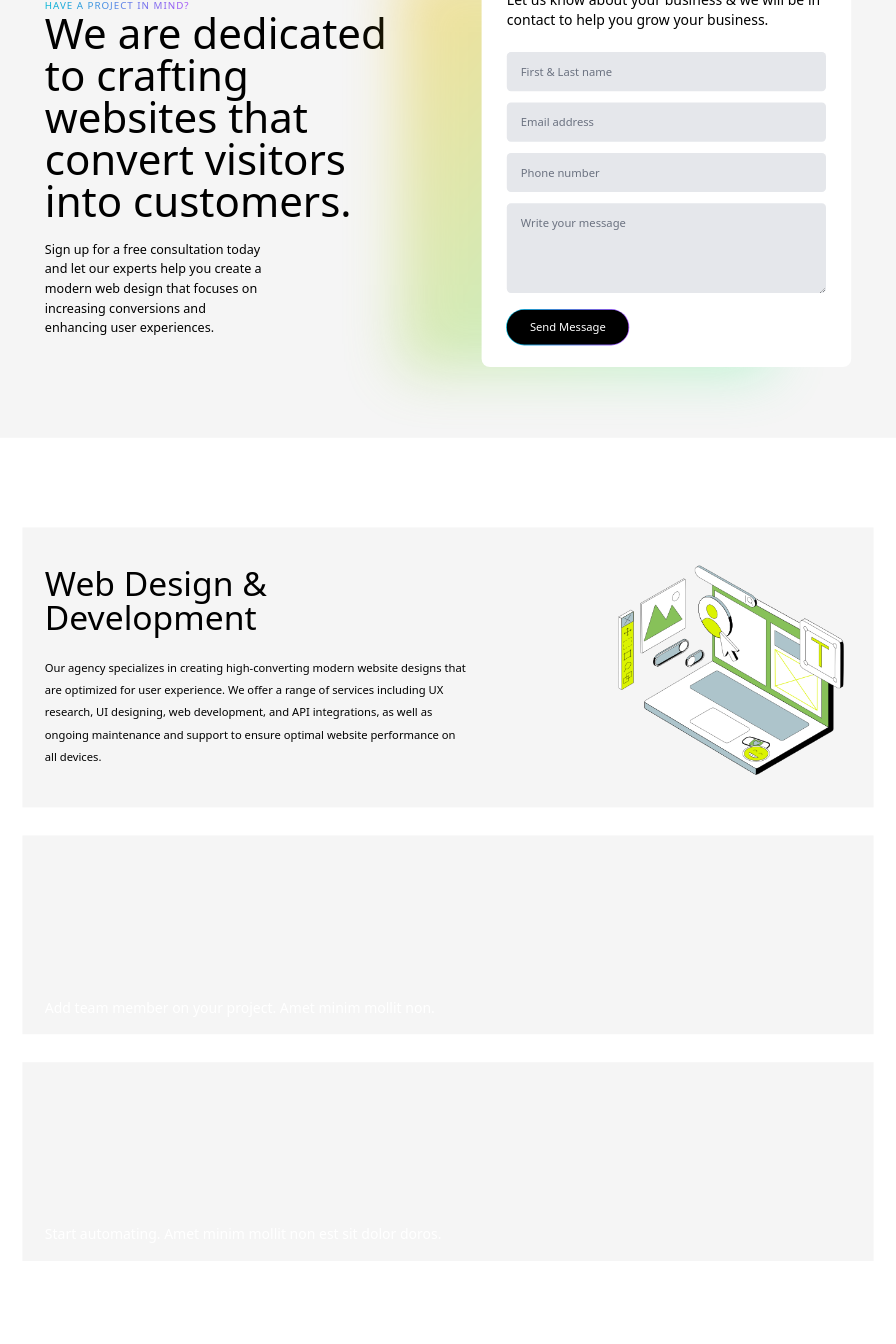
Repository: ornelasedward/mired_website
Page: /
These files come from the project's save history. The page is drawn as it stood at one moment and after the next save; the edit follows.
The browser window is 1280 px wide. The pictures show the part of the page from y = 1408 to 3328 px (the page is 3338 px tall before and 3344 px after), at 70% of full size.
The project was rebuilt for these pictures with package versions that can differ from the ones it lists, and the page was loaded fresh each time. The framework's server and built-in components were replaced by stand-ins that run in the browser. Also part of the build but not shown: next.config.js.

Above is the page before, as saved 2023-03-28 20:10:59.

After the next save:
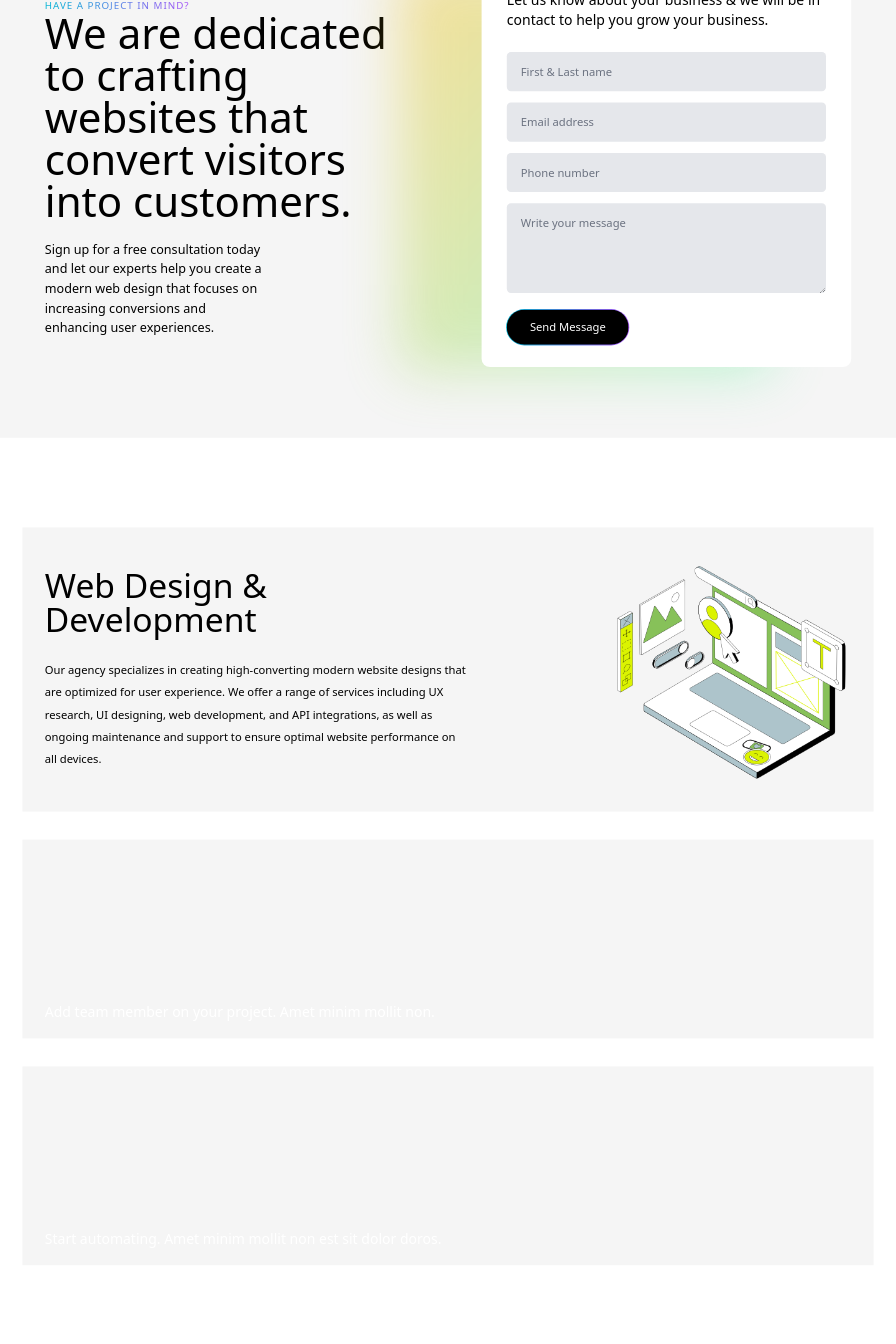
Saved 14 s later.
--- a/components/Services.tsx
+++ b/components/Services.tsx
@@ -28,8 +28,8 @@
                   className="m-auto"
                   src={Laptop}
                   alt=""
-                  width={400}
-                  height={400}
+                  width={500}
+                  height={500}
                 />
               </div>
             </div>
